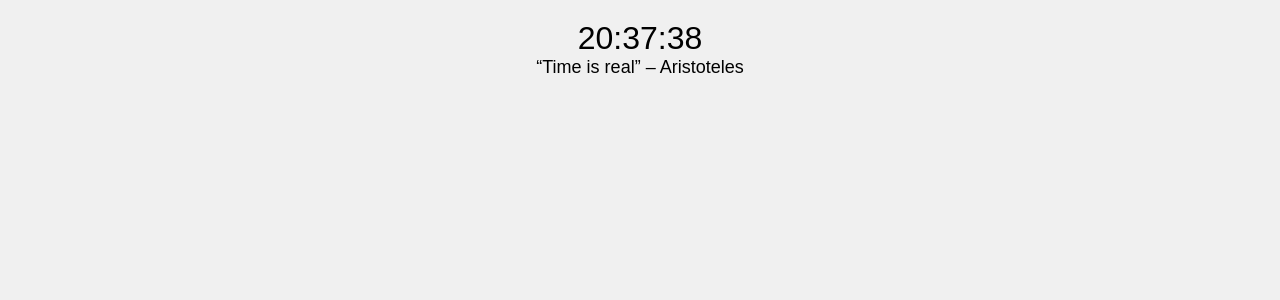
Repository: Larshalvorhansen/personalWebsite
Page: content/infoskjermV2/item-1_klokke.html
These files come from the project's save history. The page is drawn as it stood at one moment and after a run of saves; the edit follows.
The browser window is 1280 px wide. The pictures show the whole page.

Above is the page before, as saved 2025-02-17 11:31:00.

### content/infoskjermV2/item-1_klokke.html
<!DOCTYPE html>
<html lang="no">

<head>
    <meta charset="UTF-8">
    <meta name="viewport" content="width=device-width, initial-scale=1.0">
    <title>Klokke</title>
    <style>
        body {
            font-family: Arial, sans-serif;
            font-size: 2em;
            text-align: center;
            margin: 0;
            padding: 20px;
            background-color: #f0f0f0;
        }
    </style>
</head>

<body>
    <div id="klokke">00:00:00</div>
    <div style="font-size: 18px;">“Time is real” – Aristoteles</div>
    <script>
        function oppdaterKlokke() {
            const nå = new Date();
            const timer = String(nå.getHours()).padStart(2, '0');
            const minutter = String(nå.getMinutes()).padStart(2, '0');
            const sekunder = String(nå.getSeconds()).padStart(2, '0');
            document.getElementById('klokke').textContent = `${timer}:${minutter}:${sekunder}`;
        }

        setInterval(oppdaterKlokke, 1000);
        oppdaterKlokke(); // Oppdater klokken umiddelbart når siden lastes
    </script>
</body>

</html>

After the next 2 saves:
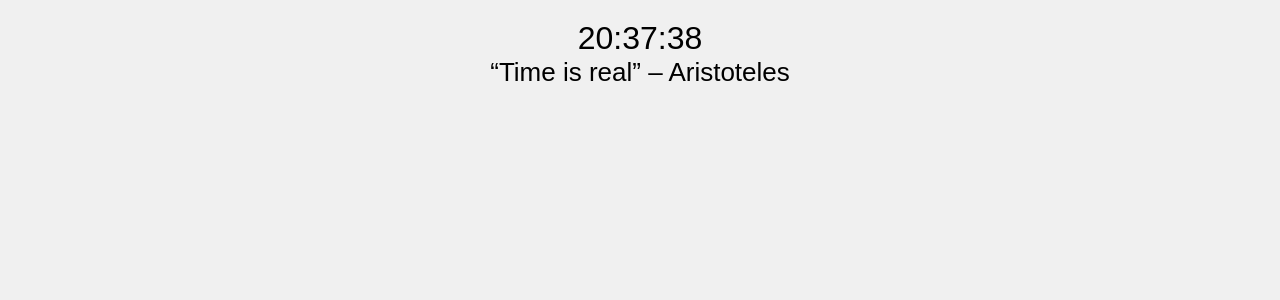
The 2 saves are shown as one change because they came seconds apart.
The last was saved 10 s later.
--- a/content/infoskjermV2/item-1_klokke.html
+++ b/content/infoskjermV2/item-1_klokke.html
@@ -19,7 +19,7 @@
 
 <body>
     <div id="klokke">00:00:00</div>
-    <div style="font-size: 18px;">“Time is real” – Aristoteles</div>
+    <div style="font-size: 26px;">“Time is real” – Aristoteles</div>
     <script>
         function oppdaterKlokke() {
             const nå = new Date();
